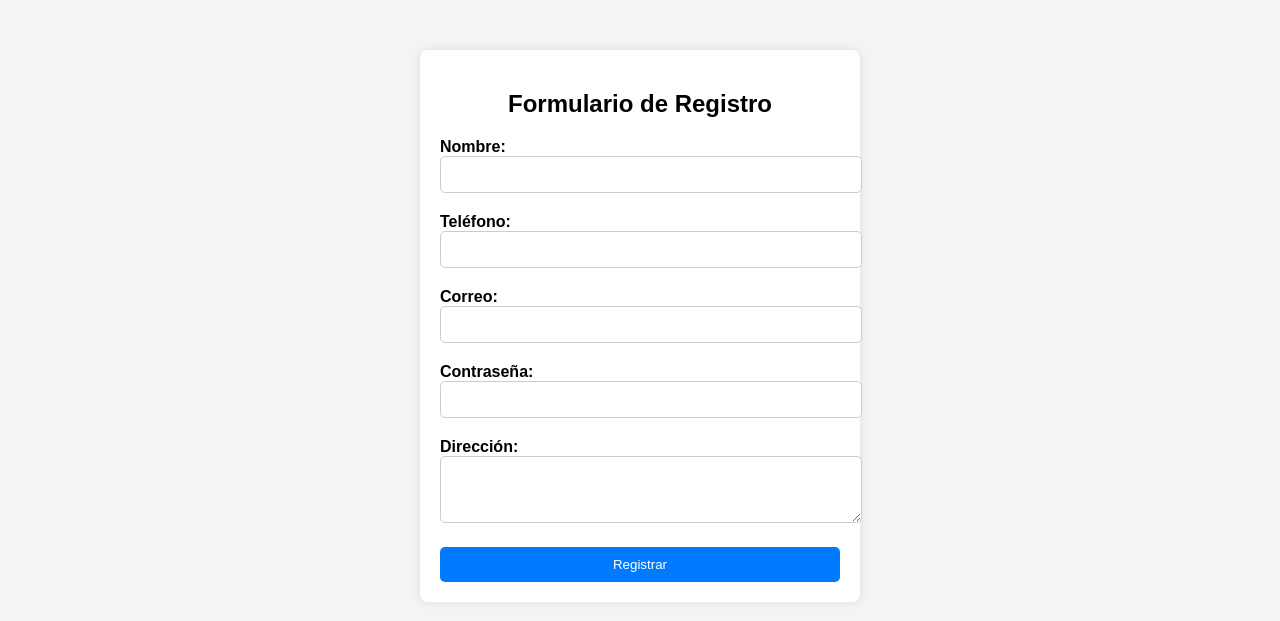
Repository: Regmalek07/ProyectoU
Page: registro.html
These files come from the project's save history. The page is drawn as it stood at one moment and after the next save; the edit follows.
The browser window is 1280 px wide. The pictures show the whole page.

Above is the page before, as saved 2024-04-27 15:55:48.

### registro.html
<!DOCTYPE html>
<html lang="es">
<head>
  <meta charset="UTF-8">
  <meta name="viewport" content="width=device-width, initial-scale=1.0">
  <title>Formulario de Registro</title>
  <link rel="stylesheet" href="styles4.css">
</head>
<body>
  <div class="container">
    <h2>Formulario de Registro</h2>
    <form action="http://localhost:3000/register" method="POST" id="registration-form">
      <div class="form-group">
        <label for="nombre">Nombre:</label>
        <input type="text" id="nombre" name="nombre" required>
      </div>
      <div class="form-group">
        <label for="telefono">Teléfono:</label>
        <input type="tel" id="telefono" name="telefono" required>
      </div>
      <div class="form-group">
        <label for="correo">Correo:</label>
        <input type="email" id="correo" name="correo" required>
      </div>
      <div class="form-group">
        <label for="contrasena">Contraseña:</label>
        <input type="password" id="contrasena" name="contrasena" required>
      </div>
      <div class="form-group">
        <label for="direccion">Dirección:</label>
        <textarea id="direccion" name="direccion" rows="3" required></textarea>
      </div>
      <button type="submit">Registrar</button>
    </form>
  </div>
  <script src="backend.js"></script>
</body>
</html>

### styles4.css
body {
    font-family: Arial, sans-serif;
    background-color: #f4f4f4;
    margin: 0;
    padding: 0;
  }

  .container {
    max-width: 400px;
    margin: 50px auto;
    padding: 20px;
    background-color: #fff;
    border-radius: 8px;
    box-shadow: 0 0 10px rgba(0, 0, 0, 0.1);
  }

  h2 {
    text-align: center;
  }

  .form-group {
    margin-bottom: 20px;
  }

  label {
    display: block;
    font-weight: bold;
  }

  input[type="text"],
  input[type="tel"],
  input[type="email"],
  input[type="password"],
  textarea {
    width: 100%;
    padding: 10px;
    border: 1px solid #ccc;
    border-radius: 5px;
  }

  button[type="submit"] {
    width: 100%;
    padding: 10px;
    background-color: #007bff;
    color: #fff;
    border: none;
    border-radius: 5px;
    cursor: pointer;
    transition: background-color 0.3s;
  }

  button[type="submit"]:hover {
    background-color: #0056b3;
  }

### backend.js
document.getElementById("registration-form").addEventListener("submit", function(event) {
    event.preventDefault(); // Evitar el envío del formulario por defecto

    var formData = new FormData(this); // Obtener los datos del formulario

    // Convertir los datos del formulario a un objeto JSON
    var jsonData = {};
    formData.forEach(function(value, key) {
        jsonData[key] = value;
    });

    // Verificar si el correo electrónico ya está registrado
    fetch('http://localhost:3000/datos?correo=' + encodeURIComponent(jsonData.correo))
    .then(response => response.json())
    .then(data => {
        if (data.length > 0) {
            alert('El correo electrónico ya está registrado.');
        } else {
            // Enviar los datos al servidor
            fetch('http://localhost:3000/datos', {
                method: 'POST',
                headers: {
                    'Content-Type': 'application/json',
                },
                body: JSON.stringify(jsonData),
            })
            .then(response => response.json())
            .then(data => {
                console.log('Datos enviados:', data);
                // Redirigir a la página de inicio
                window.location.href = 'home.html'; // Cambiar a la URL de tu página de inicio
            })
            .catch((error) => {
                console.error('Error al enviar datos:', error);
            });
        }
    })
    .catch((error) => {
        console.error('Error al verificar correo electrónico:', error);
    });
});

After the next save:
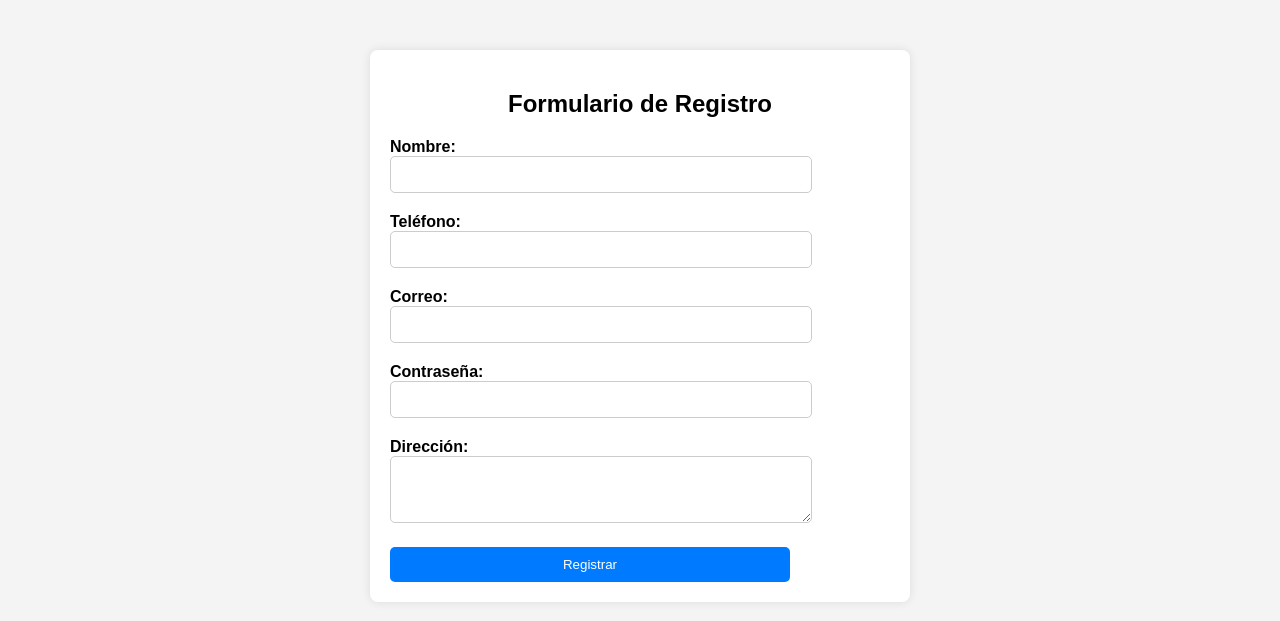
Saved 23 h 19 min later.
--- a/styles4.css
+++ b/styles4.css
@@ -6,7 +6,7 @@
   }
 
   .container {
-    max-width: 400px;
+    max-width: 500px;
     margin: 50px auto;
     padding: 20px;
     background-color: #fff;
@@ -32,14 +32,14 @@
   input[type="email"],
   input[type="password"],
   textarea {
-    width: 100%;
+    width: 80%;
     padding: 10px;
     border: 1px solid #ccc;
     border-radius: 5px;
   }
 
   button[type="submit"] {
-    width: 100%;
+    width: 80%;
     padding: 10px;
     background-color: #007bff;
     color: #fff;
